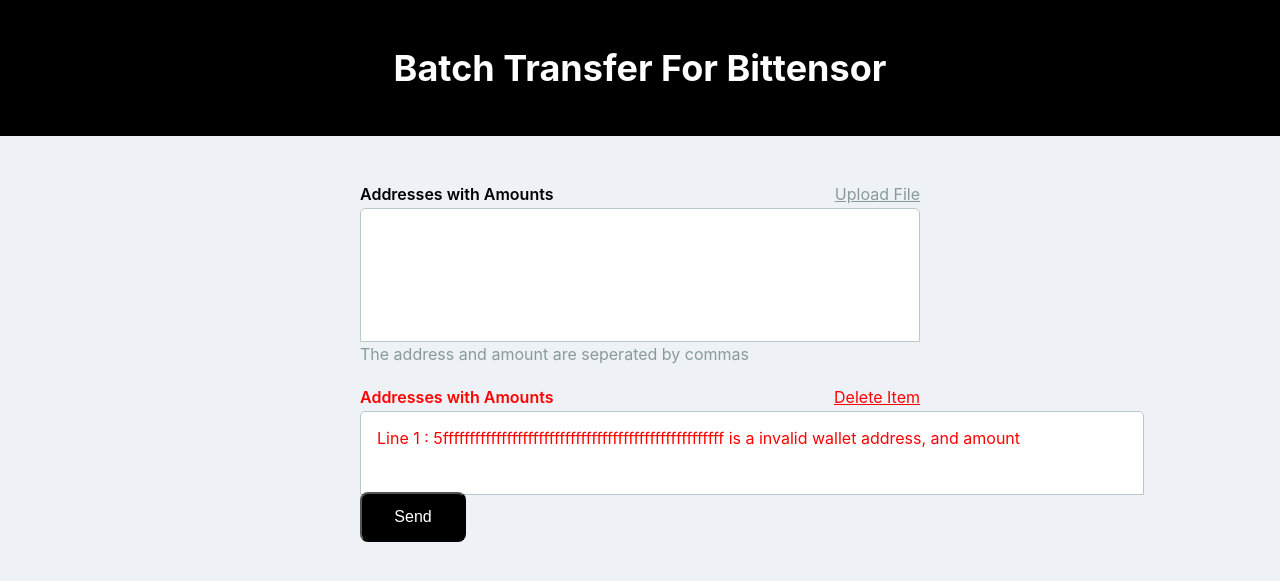
Repository: Dawid-Ace/batch_transfer_tao_master_ui
Page: /
The author's editor kept a copy of each file at every save. The page is drawn from the files as they stood at one save, then again after the next save.
The browser window is 1280 px wide. The pictures show the whole page.
The project was rebuilt for these pictures with package versions that can differ from the ones it lists, and the page was loaded fresh each time.

Above is the page before, as saved 2023-05-10 04:36:31.

### src/App.js
import './App.css';
import { TransferForm } from './components/TransferForm';

function App() {
  return (
    <div className="app-container">
      <div className="header-container">
        Batch Transfer For Bittensor
      </div>

      <div className="main-container">
        <TransferForm />
      </div>
    </div>
  );
}

export default App;

### src/App.css
.app-container {
	display: flex;
	flex-direction: column;
	position: relative;
	width: 100%;
	height: 100vh;
}

.header-container {
	display: flex;
	justify-content: center;
	align-items: center;
	padding-top: 46px;
	padding-bottom: 46px;
	background-color: black;
	font-size: 36px;
	color: white;
	font-weight: 700;
}

.main-container {
	display: flex;
	justify-content: center;
	padding-top: 46px;
	background-color: rgb(238, 242, 247);
	height: 100%;
}

### src/components/TransferForm/index.jsx
import React, { useEffect, useState } from "react";
import styled from 'styled-components';
export const TransferForm = () => {
  /*
  const fetchUserBalance = async address => {
    const res = await api.query.system.account(address);
    if (res.isEmpty) return 0;
    const { data } = res.toJSON();
    return data.free / UNIT;
  };

  const fetchAndSetUserBalance = async () => {
    const _balance = await fetchUserBalance(currentAccount.address);
    setBalance(_balance);
  };

  const getFromAccount = async () => {
    const {
      address,
      meta: { source, isInjected }
    } = currentAccount;

    if (!isInjected) {
      return [currentAccount];
    }

    // currentAccount is injected from polkadot-JS extension, need to return the addr and signer object.
    // ref: https://polkadot.js.org/docs/extension/cookbook#sign-and-send-a-transaction
    const injector = await web3FromSource(source);
    return [address, { signer: injector.signer }];
  };

  const txResHandler = ({ status }) => {
    setTxStatus({
      visible: true,
      ...(status.isFinalized
        ? { type: 'success', message: 'Success' }
        : { type: 'info', message: `Current transaction status: ${status.type}` })
    });
    if (status.isFinalized) fetchInfo();
  };

  const txErrHandler = err => {
    setTxStatus({ visible: true, type: 'error', message: `😞 Transaction Failed: ${err.toString()}` });
  };

  const submitTx = async tx => {
    setPending(true);
    const fromAccount = await getFromAccount();
    tx.signAndSend(...fromAccount, txResHandler)
      .catch(txErrHandler)
      .finally(() => setPending(false));
  };

  const onUnstake = () => {
    submitTx(api.tx.subtensorModule.removeStake(HOTKEY, Math.floor(amount * UNIT)));
  };
  */

  const [inputMode, setInputMode] = useState('input');
  const isInputMode = inputMode === 'input';

  const FlexWrapper = styled.div`
    display: flex;
    justify-content: space-between;
    items-align: center;
  `

  const Label = styled.p`
    font-weight: 600;
    font-size: 16px;
    line-height: 160%;
    margin: 0px;
  `;

  const Switch = styled.p`
    color: ${(props) => (props.alert === true ? 'red' : '#899A9A')};
    font-size: 16px;
    font-weight: 400;
    line-height: 160%;
    text-decoration: underline;
    margin: 0px;
    cursor: pointer;
  `

  const FormWrapper = styled.form`
    max-width: 560px;
    min-width: 560px;
    display: flex;
    flex-direction: column;
    flex-grow: 1;

    max-height: 360px;
    min-height: 360px;
    position: relative;
  `;

  const FormInput = styled.div`
    border: solid 1px #B8C9C9;
    border-top-left-radius: 5px;
    border-top-right-radius: 5px;
    padding: 16px;
    background-color: white;
    min-height: 100px;
  `

  const DragAndDrop = styled.div`
    display: flex;
    flex-direction: column;
    justify-content: center;
    align-items: center;
    gap: 17px;


    cursor: pointer;
    border: solid 1px #B8C9C9;
    border-top-left-radius: 5px;
    border-top-right-radius: 5px;
    padding: 20px;
    background-color: white;
    min-height: 100px;
  `

  const Comment = styled.div`
    color: #899A9A;
    font-weight: 400;
    font-size: 16px;
    line-height: 160%;
  `
  const SendButton = styled.button`
    width: 106px;
    height: 50px;
    background: #000000;
    border-radius: 8px;
    font-weight: 400;
    font-size: 16px;
    line-height: 160%;
    color: white;
    position: absolute;
    bottom: 0px;
  `

  const ResultWrapper = styled.div`
    display: flex;
    flex-direction: column;
    color: ${(props) => props.color};
    border-color: red;
    margin-top: 18px;
 `

  const ResultListItem = styled.div`
    border: solid 1px #B8C9C9;
    border-top-left-radius: 5px;
    border-top-right-radius: 5px;
    padding: 16px;
    background-color: white;
    min-height: 50px;
    min-width: 750px;
  `

  return (
    <FormWrapper>
      <FlexWrapper>
        <Label> Addresses with Amounts </Label>

        <Switch onClick={() =>
          setInputMode(prev => prev === 'input' ? 'upload' : 'input')
        }>
          {isInputMode ? 'Upload File' : 'Insert Manually'}
        </Switch>
      </FlexWrapper>

      {
        isInputMode ?
          <FormInput contentEditable placeholder="Insert address and amount, seperate with comma" />
          :
          <DragAndDrop>
            <svg width="18" height="20" viewBox="0 0 18 20" fill="none" xmlns="http://www.w3.org/2000/svg">
              <path d="M1 18H17C17.2652 18 17.5196 18.1054 17.7071 18.2929C17.8946 18.4804 18 18.7348 18 19C18 19.2652 17.8946 19.5196 17.7071 19.7071C17.5196 19.8946 17.2652 20 17 20H1C0.734784 20 0.48043 19.8946 0.292893 19.7071C0.105357 19.5196 0 19.2652 0 19C0 18.7348 0.105357 18.4804 0.292893 18.2929C0.48043 18.1054 0.734784 18 1 18ZM10 15V3.414L12.293 5.707C12.4816 5.88915 12.7342 5.98995 12.9964 5.98767C13.2586 5.98539 13.5094 5.88022 13.6948 5.69482C13.8802 5.50941 13.9854 5.2586 13.9877 4.9964C13.99 4.7342 13.8892 4.4816 13.707 4.293L9.707 0.292997C9.6139 0.200353 9.50347 0.126956 9.382 0.0769973C9.26106 0.0261718 9.13119 -7.62939e-06 9 -7.62939e-06C8.86881 -7.62939e-06 8.73894 0.0261718 8.618 0.0769973C8.49653 0.126956 8.3861 0.200353 8.293 0.292997L4.293 4.293C4.19749 4.38524 4.12131 4.49559 4.0689 4.61759C4.01649 4.7396 3.9889 4.87082 3.98775 5.0036C3.9866 5.13638 4.0119 5.26805 4.06218 5.39095C4.11246 5.51385 4.18671 5.6255 4.2806 5.71939C4.3745 5.81329 4.48615 5.88754 4.60905 5.93782C4.73194 5.9881 4.86362 6.0134 4.9964 6.01225C5.12918 6.01109 5.2604 5.98351 5.3824 5.9311C5.50441 5.87869 5.61475 5.80251 5.707 5.707L8 3.414V15C8 15.2652 8.10536 15.5196 8.29289 15.7071C8.48043 15.8946 8.73478 16 9 16C9.26522 16 9.51957 15.8946 9.70711 15.7071C9.89464 15.5196 10 15.2652 10 15Z" fill="#899A9A" />
            </svg>
            <Comment>
              Drop your files or click to upload
            </Comment>
          </DragAndDrop>
      }

      <Comment>
        {isInputMode ? 'The address and amount are seperated by commas' : 'Accepted CSV/Excel/Txt'}
      </Comment>

      <ResultWrapper color='red'>
        <FlexWrapper>
          <Label> Addresses with Amounts </Label>
          <Switch alert={true}>
            Delete Item
          </Switch>
        </FlexWrapper>

        <ResultListItem>
          Line 1 : 5fffffffffffffffffffffffffffffffffffffffffffffffffffff is a invalid wallet address, and amount
        </ResultListItem>
      </ResultWrapper>

      <SendButton>
        Send
      </SendButton>
    </FormWrapper>
  )
}

Loaded but not shown: public/index.html (common file); src/index.js (common file); src/index.css (common file); src/reportWebVitals.js (common file)

After the next save:
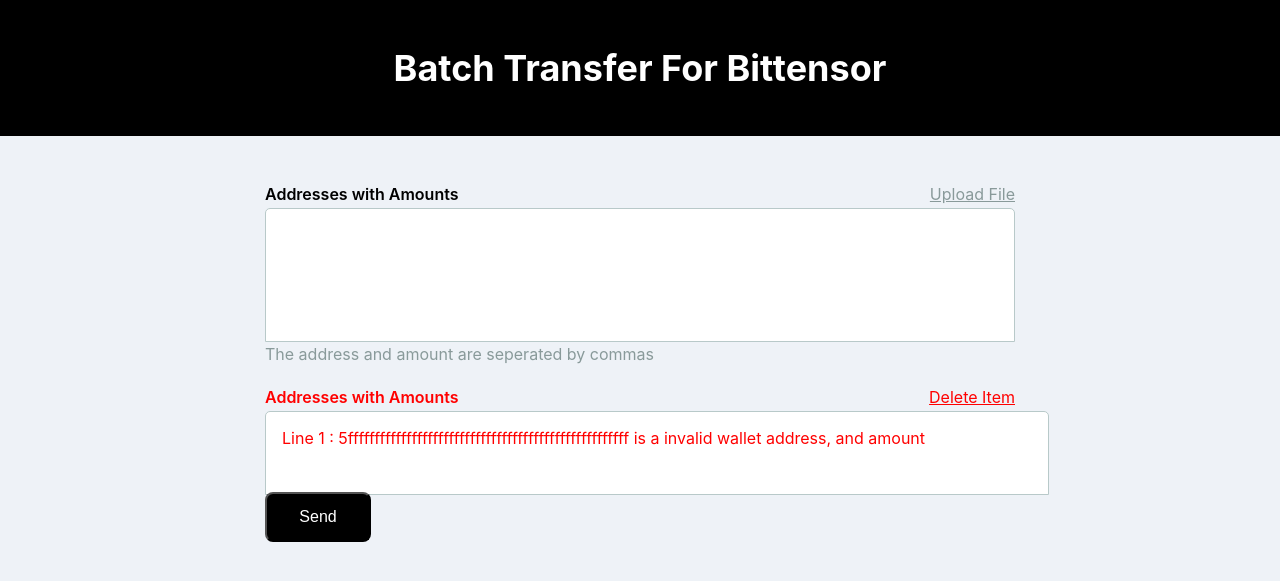
Saved 41 s later.
--- a/src/components/TransferForm/index.jsx
+++ b/src/components/TransferForm/index.jsx
@@ -84,8 +84,8 @@
   `
 
   const FormWrapper = styled.form`
-    max-width: 560px;
-    min-width: 560px;
+    max-width: 750px;
+    min-width: 750px;
     display: flex;
     flex-direction: column;
     flex-grow: 1;
